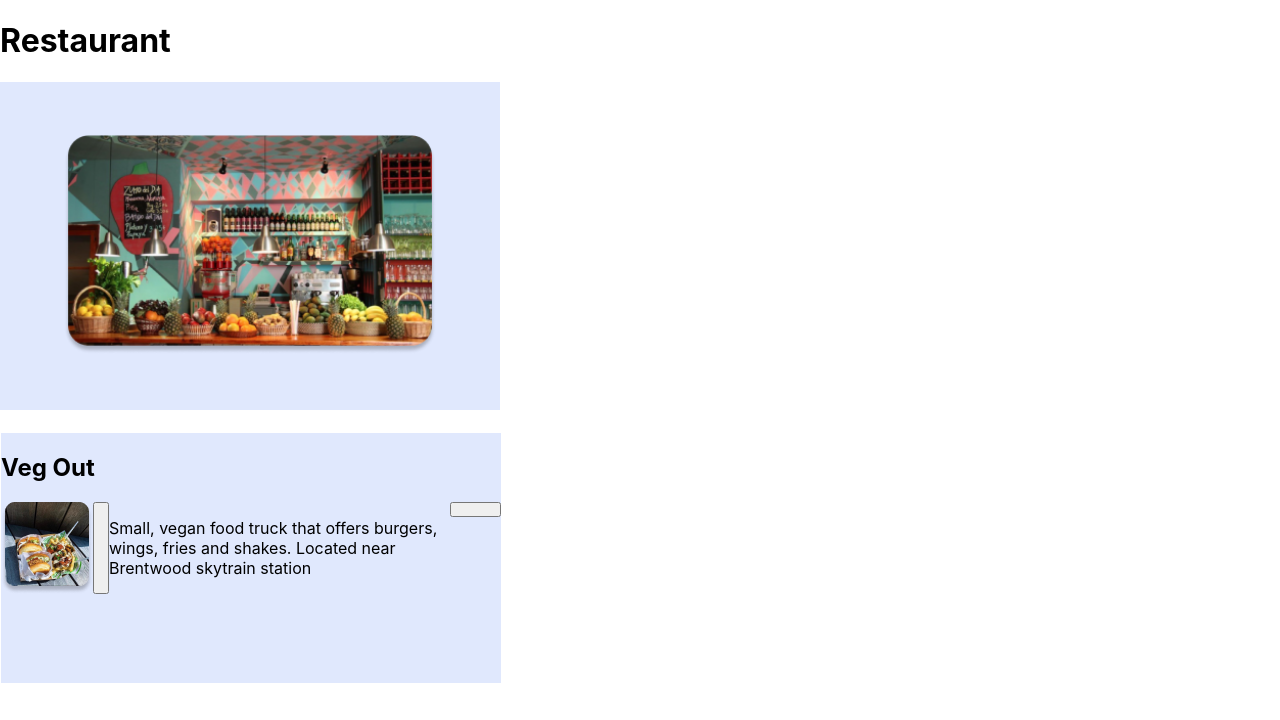
Repository: Kinakopan/design_mindfulEating_site
Page: /restaurant (app in firstapp/)
An editor plug-in stored every save of this project. The page is shown before and after the next save, followed by the edit.
The browser window is 1280 px wide. The pictures show the whole page.
The project was rebuilt for these pictures with package versions that can differ from the ones it lists, and the page was loaded fresh each time. The framework's server and built-in components were replaced by stand-ins that run in the browser. Also part of the build but not shown: firstapp/next.config.js.

Above is the page before, as saved 2022-04-20 16:16:03.

After the next save:
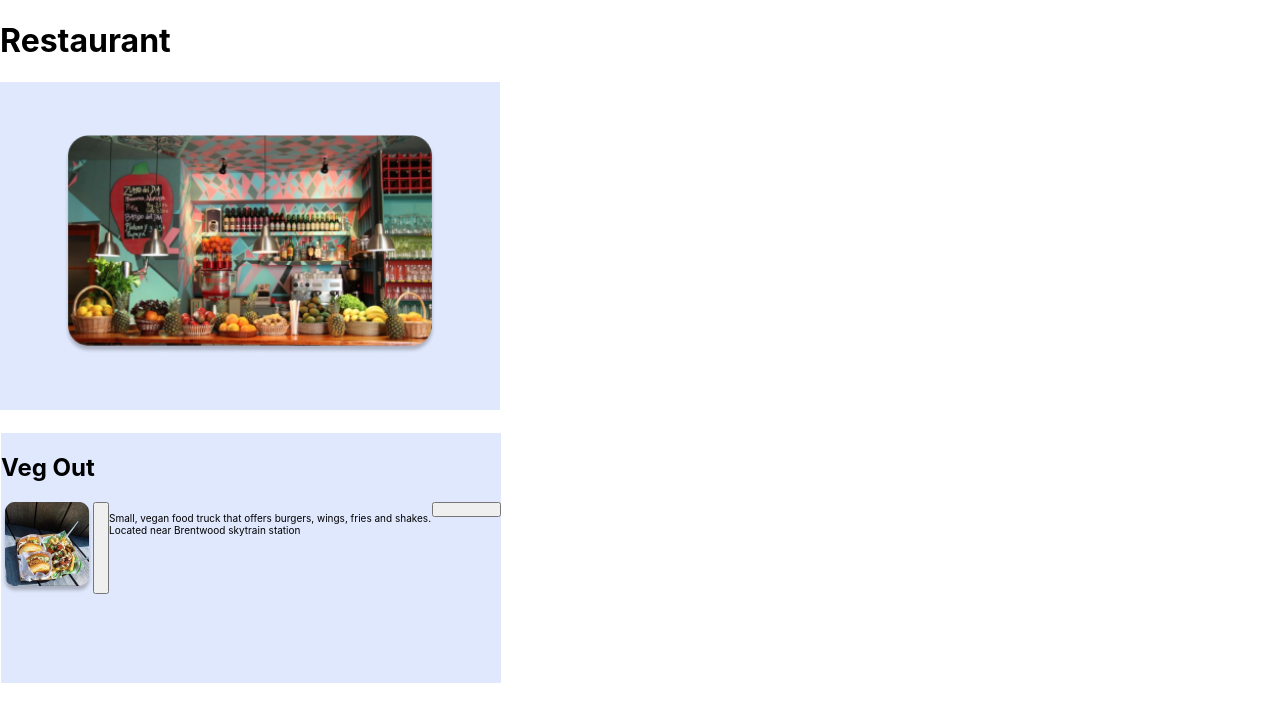
Saved 11 s later.
--- a/firstapp/comps/RestaurantCard.js
+++ b/firstapp/comps/RestaurantCard.js
@@ -19,7 +19,7 @@ padding: 1 1 auto auto;
 `;
 
 const Text = styled.p`
-top:50px;
+font-size: 10px;
 
 `
 ;
